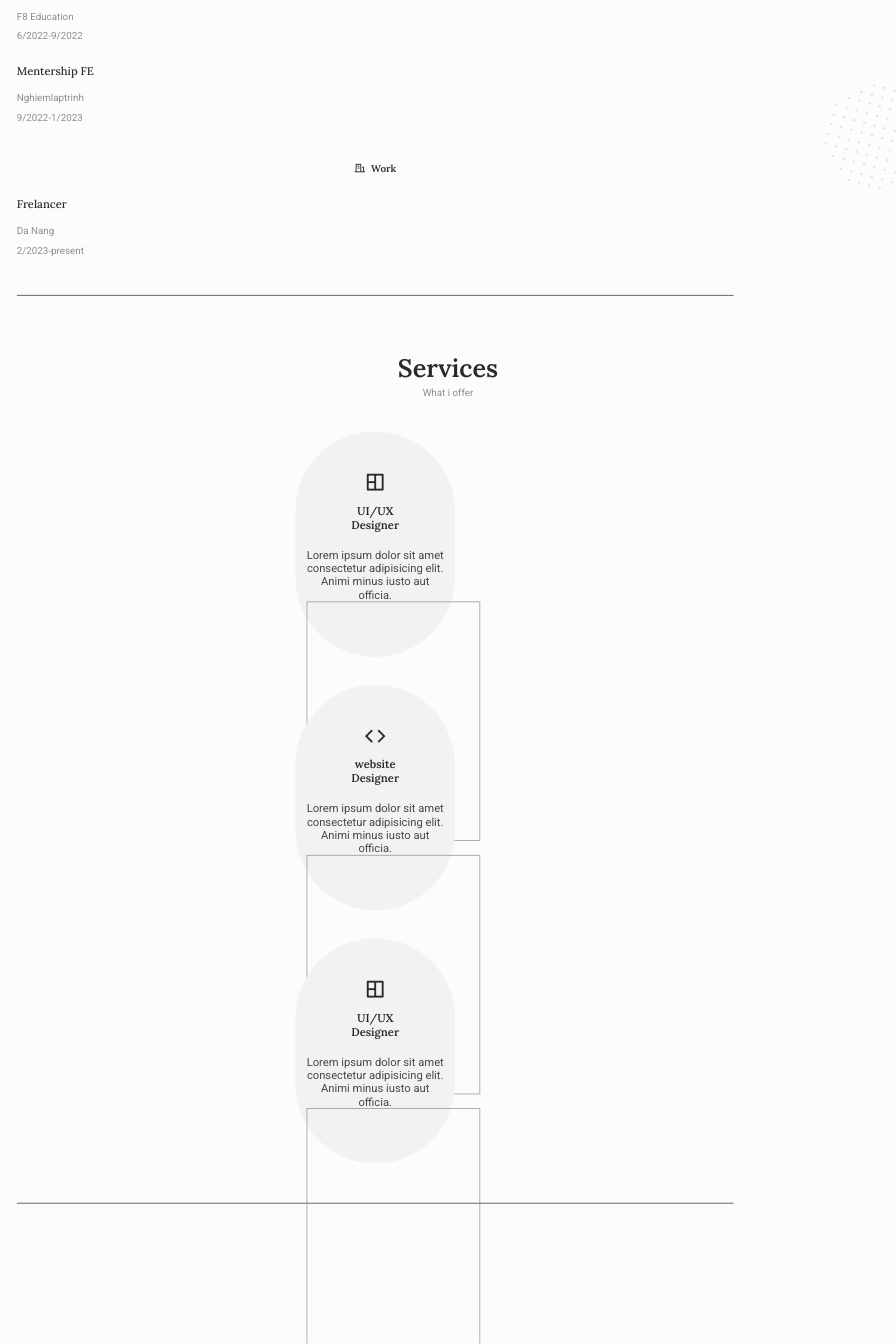
Repository: hnguyeng/myportfoliohongnguyen
Page: index.html
An editor plug-in stored every save of this project. The page is shown before and after the next save, followed by the edit.
The browser window is 1280 px wide. The pictures show the part of the page from y = 3545 to 5465 px (the page is 5465 px tall), at 70% of full size.
Some web libraries are served in a nearby version.

Above is the page before, as saved 2023-07-19 22:45:19.

After the next save:
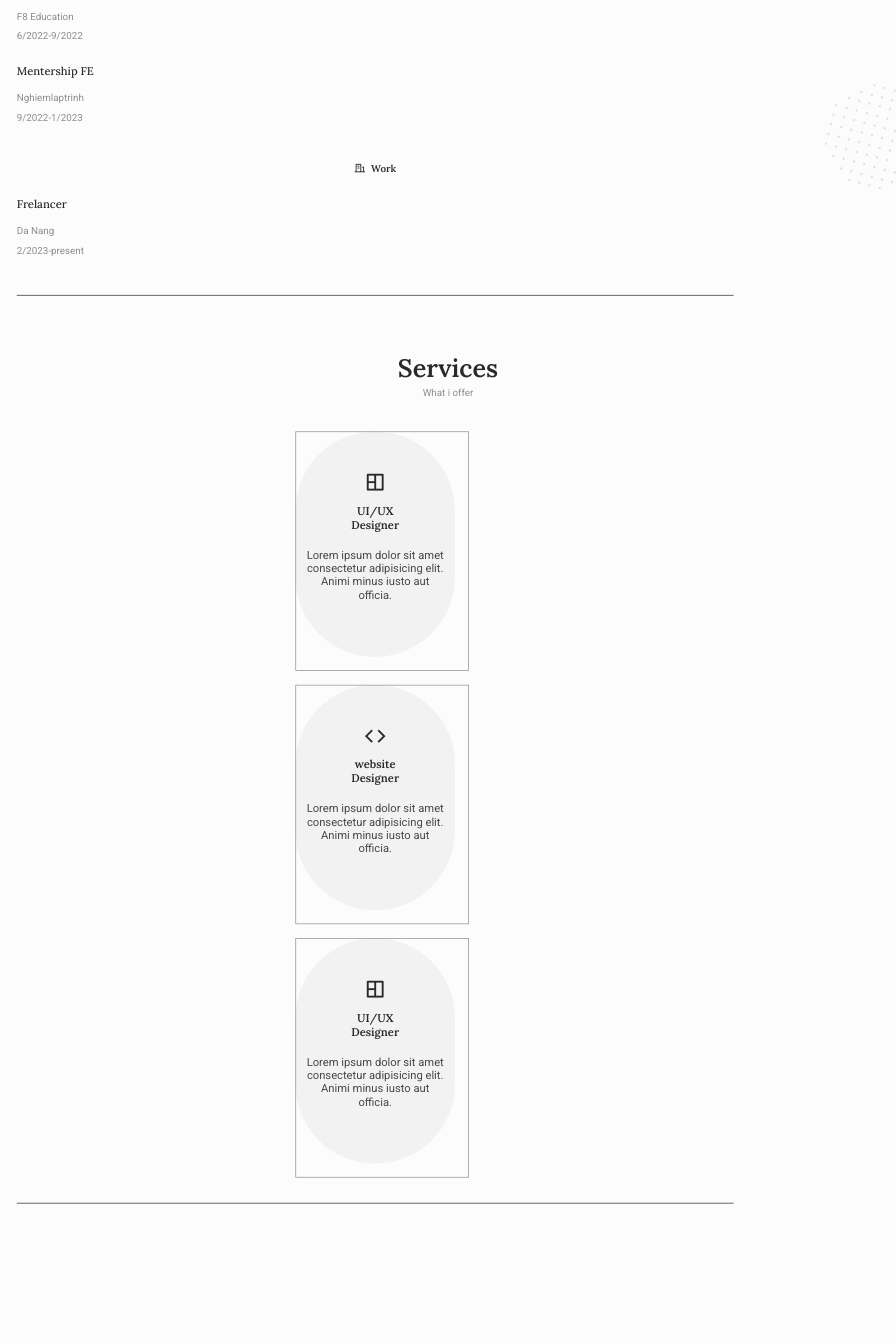
Saved 21 s later.
--- a/assets/css/style.css
+++ b/assets/css/style.css
@@ -427,5 +427,5 @@ img{
     height: 342px;
     border: 1.8px solid var(--text-color-light);
     position: absolute;
-
-}
+    inset: 0;
+}
